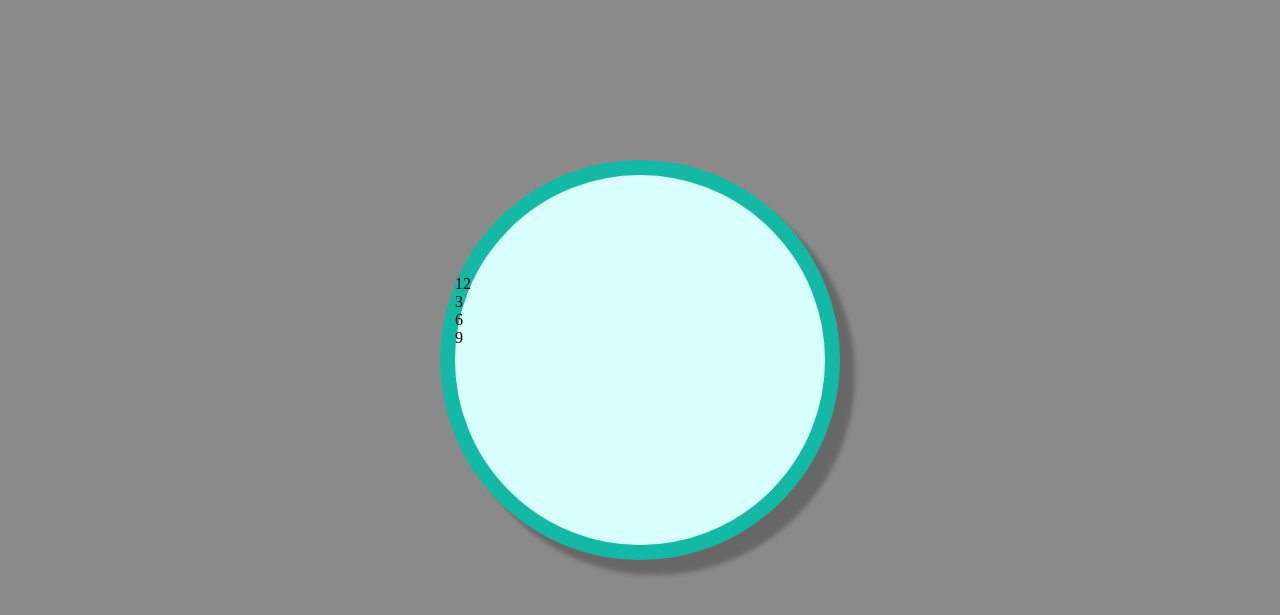
Repository: ChenWarren/web-clock
Page: index.html
These files come from the project's save history. The page is drawn as it stood at one moment and after the next save; the edit follows.
The browser window is 1280 px wide. The pictures show the whole page.

Above is the page before, as saved 2021-03-18 20:50:26.

After the next save:
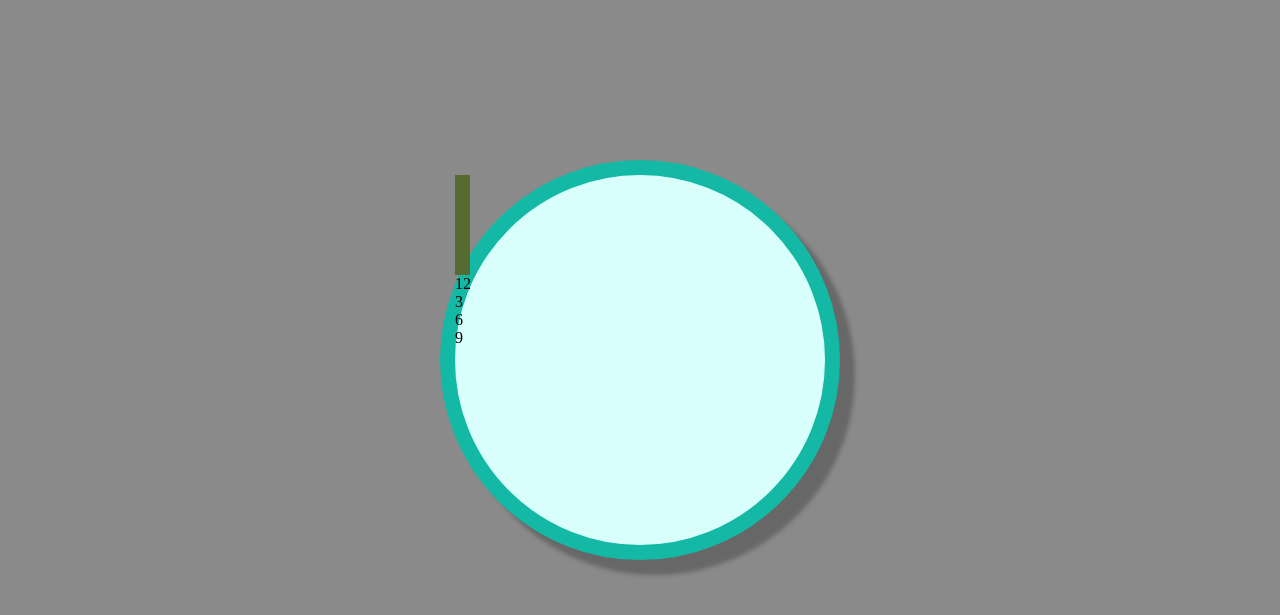
Saved 4 s later.
--- a/main.css
+++ b/main.css
@@ -27,5 +27,5 @@ body {
 .hour {
     width: 15px;
     height: 100px;
-    background-color: ;
+    background-color: darkolivegreen;
 }
